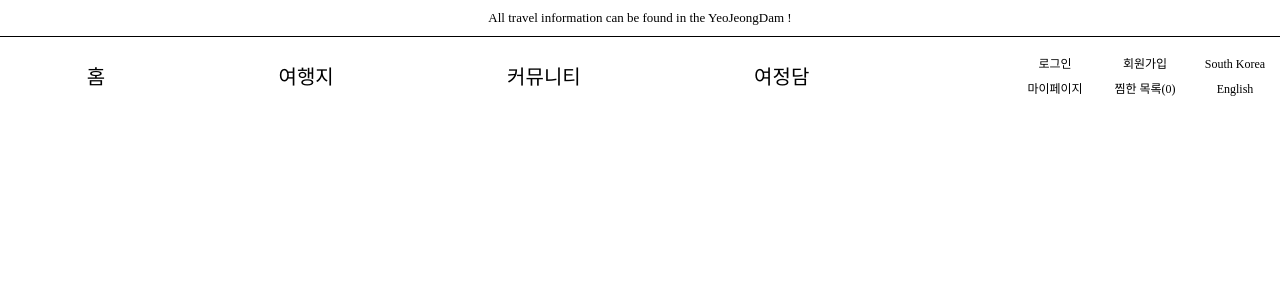
Repository: gaeunlee95/semi
Page: http://localhost/semi/main.jsp
The author's editor kept a copy of each file at every save. The page is drawn from the files as they stood at one save, then again after the next save.
The browser window is 1280 px wide. The pictures show the whole page.
The page is served by Tomcat 9.

Above is the page before, as saved 2023-12-06 17:55:00.

After the next save:
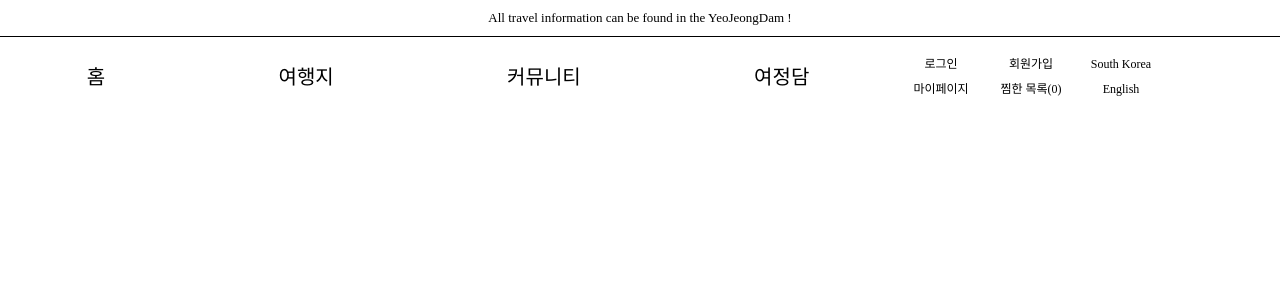
Saved 53 s later.
--- a/semi/src/main/webapp/resources/css/style.css
+++ b/semi/src/main/webapp/resources/css/style.css
@@ -39,7 +39,8 @@ header #mainMenu li{
 	color: black;
 }
 header #sideMenu{
-	width: 30%;
+	/*width: 30%;*/
+	width: 270px;
 }
 header #sideMenu ul{
 	line-height: 25px;
